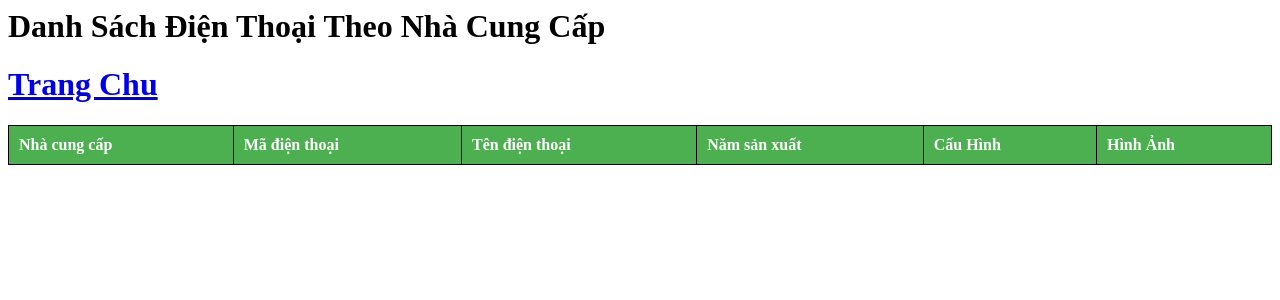
Repository: ducvu2414/WWW_OnGK
Page: http://localhost/Bai1/DanhSachDienThoaiNCC
These files come from the project's save history. The page is drawn as it stood at one moment and after the next save; the edit follows.
The browser window is 1280 px wide. The pictures show the whole page.
The page is served by Tomcat 10. Queries for data that is not in the repository find no rows.

Above is the page before, as saved 2024-10-05 05:43:27.

After the next save:
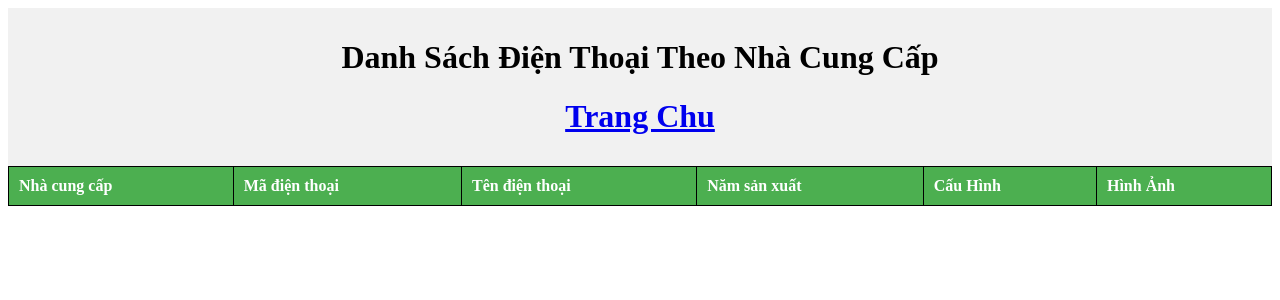
Saved 4 s later.
--- a/Bai1/src/main/webapp/DanhSachDienThoaiNCC.jsp
+++ b/Bai1/src/main/webapp/DanhSachDienThoaiNCC.jsp
@@ -25,6 +25,12 @@ th, td {
 th {
 	background-color: #4CAF50;
 	color: white;
+}
+
+#header {
+	background-color: #f1f1f1;
+	text-align: center;
+	padding: 10px;
 }
 </style>
 </head>
